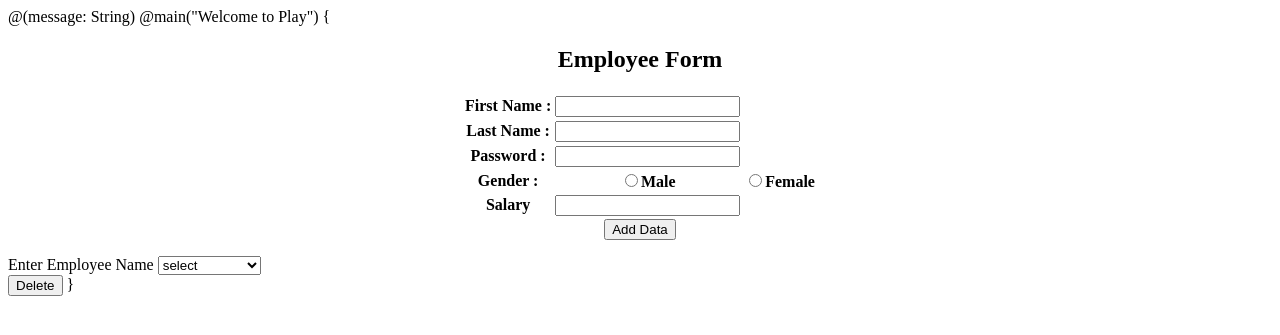
Repository: PoonamDeokar/SalesTool
Page: CrudDemo/app/views/index.scala.html
These files come from the project's save history. The page is drawn as it stood at one moment and after the next save; the edit follows.
The browser window is 1280 px wide. The pictures show the whole page.

Above is the page before, as saved 2016-09-16 06:08:52.

After the next save:
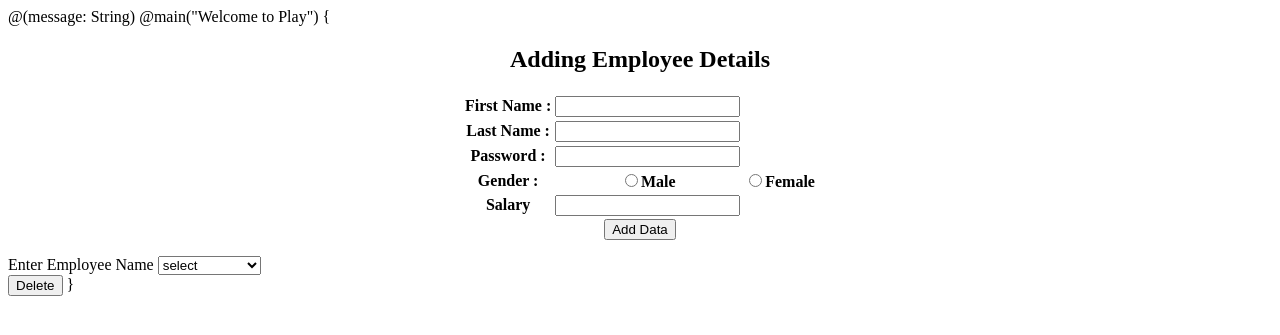
Saved 98 s later.
--- a/CrudDemo/app/views/index.scala.html
+++ b/CrudDemo/app/views/index.scala.html
@@ -7,7 +7,7 @@
   	<form action ="@routes.HomeController.addEmp()" method="post">
 
     	<center>
-    	<h2>Employee Form </h2>
+    	<h2>Adding Employee Details </h2>
     	<table>
     	<tr>
     		<th>First Name :</th>
